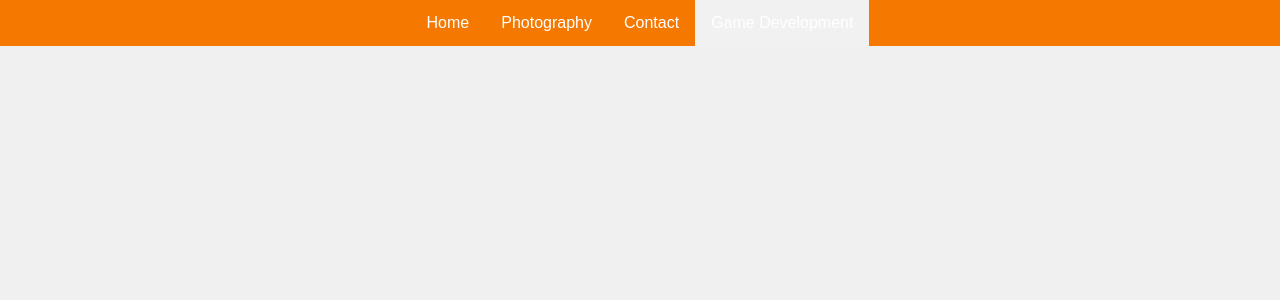
Repository: Argivist/ArgPortfolio
Page: blender/index.html
These files come from the project's save history. The page is drawn as it stood at one moment and after the next save; the edit follows.
The browser window is 1280 px wide. The pictures show the whole page.

Above is the page before, as saved 2025-03-28 16:18:15.

After the next save:
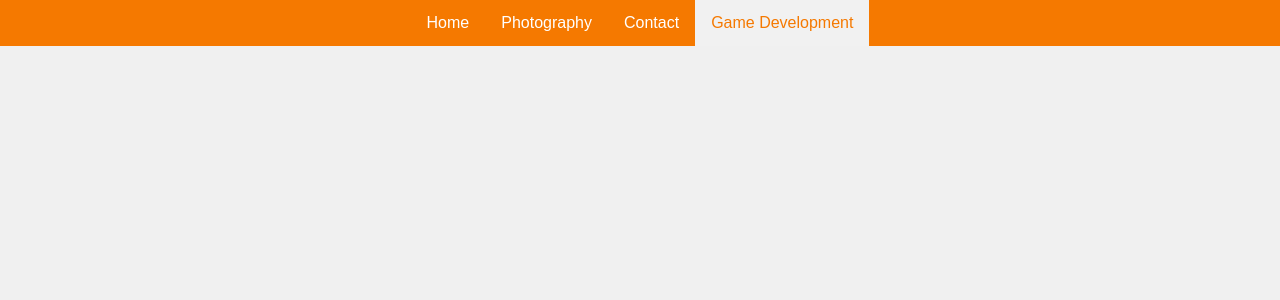
Saved 25 s later.
--- a/blender/index.html
+++ b/blender/index.html
@@ -36,9 +36,9 @@
             </li>
 
             <li class="dropdown nav-content active">
-                <a href="#">Game Development</a>
+                <a href="#" class="active-text">Game Development</a>
                 <ul class="dropdown-content">
-                    <li><a href="../game/index.html" class="active-text">Game Development Projects</a></li>
+                    <li><a href="../game/index.html" >Game Development Projects</a></li>
                     <li class=" "><a href="">Blender</a></li>
                 </ul>
             </li>
